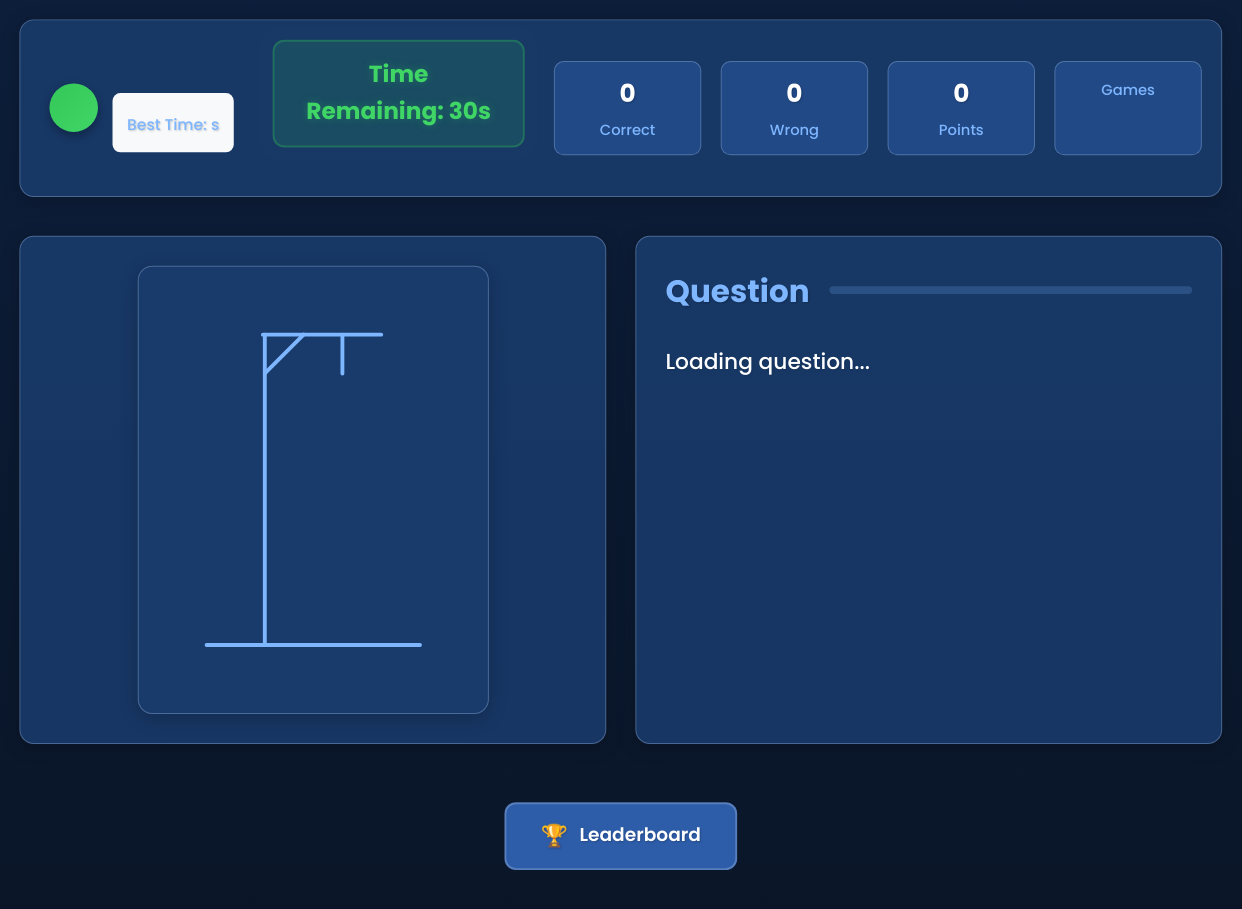
Repository: Team-4i/iks
Page: hang/templates/hang/game.html
An editor plug-in stored every save of this project. The page is shown before and after the next save, followed by the edit.
The browser window is 1280 px wide. The pictures show the whole page, at 97% of full size.
The template is drawn by Django 5.2. The application's start-up code is not run. The template is opened directly, without the code that normally fills it, so the values that code supplies are empty.

Above is the page before, as saved 2025-04-19 04:46:06.
Console error: SyntaxError: Unexpected token ','

After the next save:
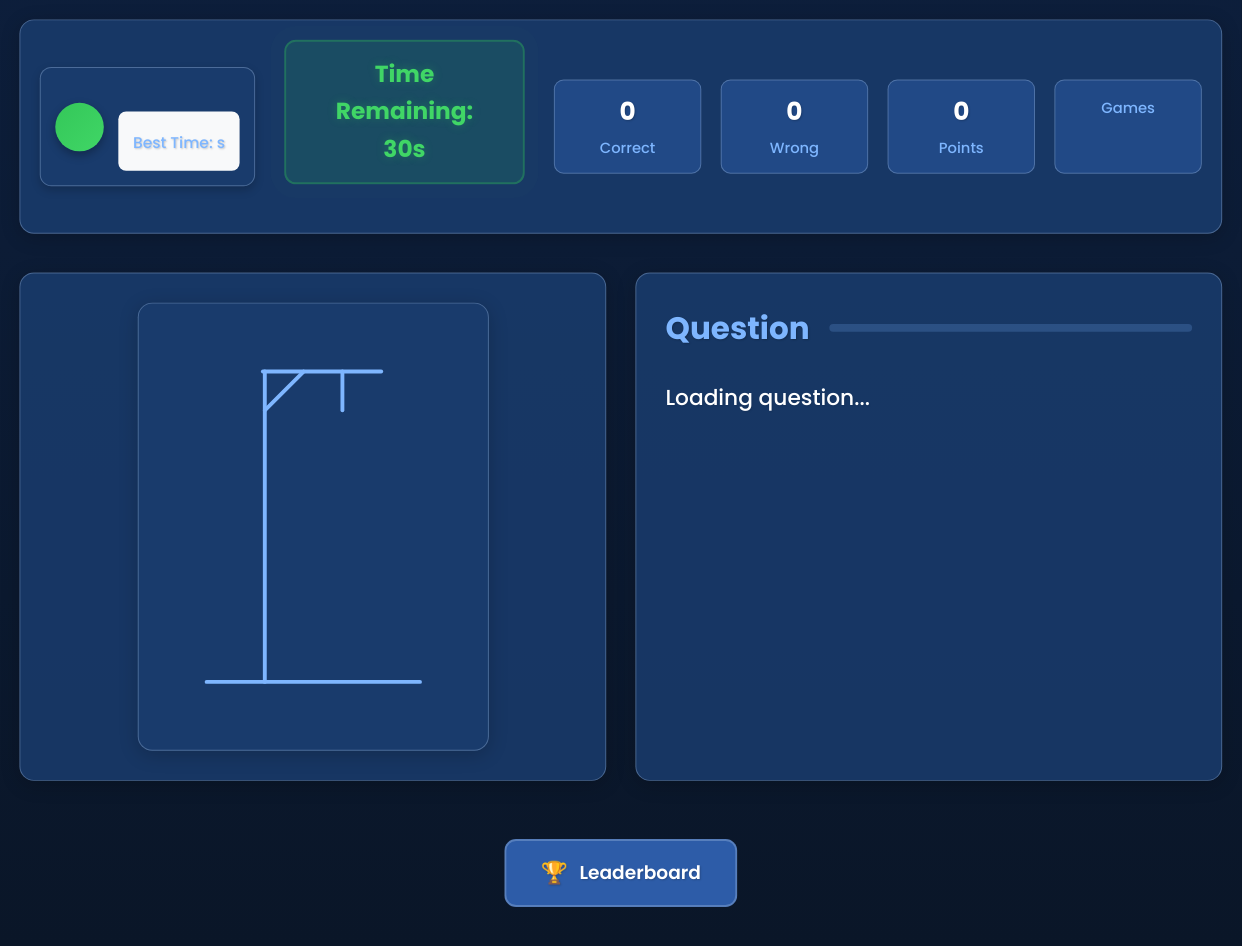
Saved 2 min 42 s later.
--- a/hang/templates/hang/game.html
+++ b/hang/templates/hang/game.html
@@ -171,8 +171,11 @@
         display: flex;
         align-items: center;
         gap: 15px;
-        padding: 10px;
-        background: transparent;
+        padding: 15px;
+        background: var(--card-bg);
+        border: 1px solid var(--border-color);
+        border-radius: 12px;
+        box-shadow: 0 4px 10px rgba(0, 0, 0, 0.2);
     }
 
     .player-avatar {
@@ -191,11 +194,11 @@
     }
 
     .player-info h2 {
+        color: white;
         margin: 0;
         font-size: 1.3rem;
-        color: var(--text-light);
         font-weight: 600;
-        text-shadow: 2px 2px 4px rgba(0, 0, 0, 0.3);
+        text-shadow: 1px 1px 2px rgba(0, 0, 0, 0.3);
     }
 
     .player-info p {
@@ -653,7 +656,7 @@
 
     .checkpoint-info {
         margin-top: 5px;
-        color: #34c759;
+        color: #34c759 !important;
         font-size: 0.85rem;
         font-weight: 500;
     }
